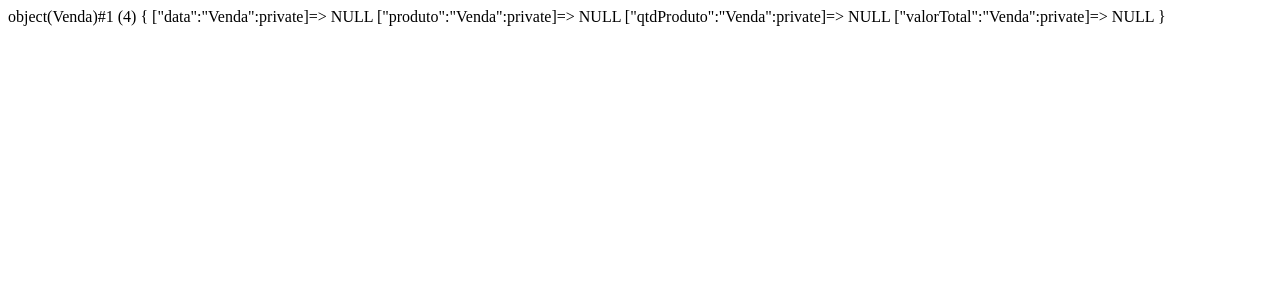
Repository: DiegoCamaraDev/exercicioPhp
Page: http://localhost/vendas.php
These files come from the project's save history. The page is drawn as it stood at one moment and after a run of saves; the edit follows.
The browser window is 1280 px wide. The pictures show the whole page.
The page is run by PHP 8.4 with error messages shown; the project is at /var/www/html/.

Above is the page before, as saved 2024-06-10 14:14:18.

### vendas.php
<?php

class Venda
{
    private $data;
    private $produto;
    private $qtdProduto;
    private $valorTotal;

    public function __contruct($data, $produto, $qtdProduto, $valorTotal)
    {
        $this->data = $data;
        $this->produto = $produto;
        $this->qtdProduto = $qtdProduto;
        $this->valorTotal = $valorTotal;
    }

   /* public function informacaoVenda()
    {
        $this->data;
        $this->produto;
        $this->qtdProduto;
        $this->valorTotal;
    }*/
}

$produtoVendido = new Venda(
    '10/06/2024',
    'Livro',
    '1',
    100.00
);

var_dump($produtoVendido) ;
?>

After the next 5 saves:
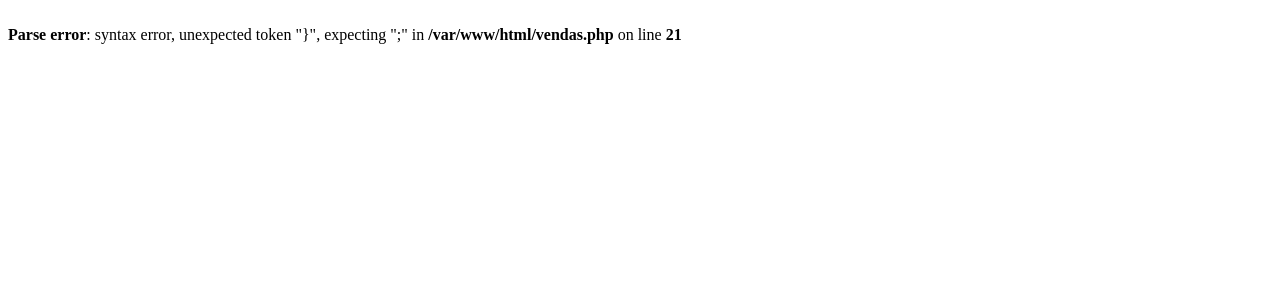
The 5 saves are shown as one change because they came seconds apart.
The last was saved 2 min 3 s later.
--- a/vendas.php
+++ b/vendas.php
@@ -15,13 +15,10 @@
         $this->valorTotal = $valorTotal;
     }
 
-   /* public function informacaoVenda()
+    public function informacaoVenda()
     {
-        $this->data;
-        $this->produto;
-        $this->qtdProduto;
-        $this->valorTotal;
-    }*/
+       return $this
+    }
 }
 
 $produtoVendido = new Venda(

After the 2 saves that followed:
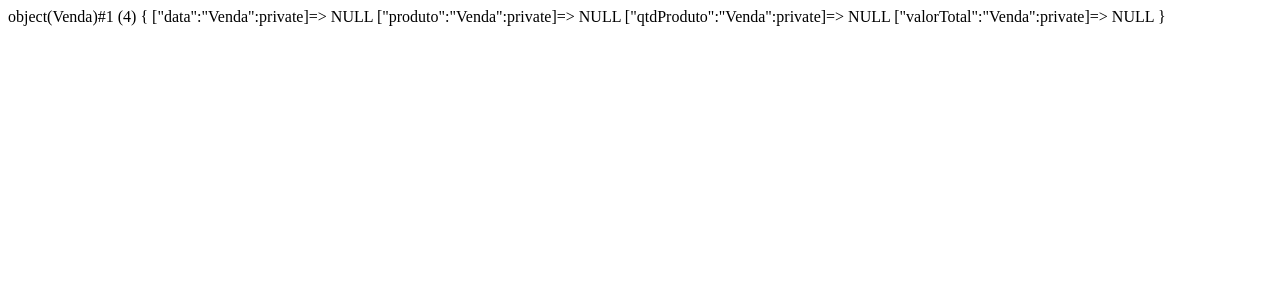
The 2 saves are shown as one change because they came seconds apart.
The last was saved 8 s later.
--- a/vendas.php
+++ b/vendas.php
@@ -17,7 +17,7 @@
 
     public function informacaoVenda()
     {
-       return $this
+       return $this->produto;
     }
 }
 
